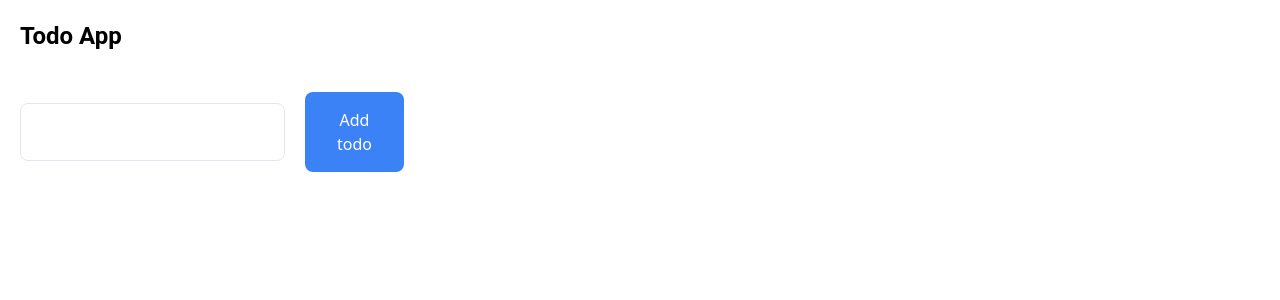
Repository: vophuocthanh/react-typescript
Page: /
An editor plug-in stored every save of this project. The page is shown before and after the next save, followed by the edit.
The browser window is 1280 px wide. The pictures show the whole page.
The project was rebuilt for these pictures with package versions that can differ from the ones it lists, and the page was loaded fresh each time. Also part of the build but not shown: vite.config.ts.

Above is the page before, as saved 2023-04-06 21:12:39.

### src/App.tsx
import React, { useEffect, useReducer, useRef, useState } from "react";
const Heading = ({ title }: { title: string }) => {
  return <h2 className="mb-5 text-2xl font-bold font-primary">{title}</h2>;
};
type ActionType =
  | { type: "ADD"; text: string }
  | { type: "REMOVE"; id: number };
interface Todo {
  id: number;
  text: string;
}
const todoReducer = (state: Todo[], action: ActionType) => {
  switch (action.type) {
    case "ADD":
      return [
        ...state,
        {
          id: state.length,
          text: action.text,
        },
      ];
    case "REMOVE":
      return state.filter((todo: Todo) => todo.id !== action.id);
    default:
      throw new Error("");
  }
};
const initialState: Todo[] = [];
interface Data {
  text: string;
}
const App = () => {
  const [todos, dispatch] = useReducer(todoReducer, initialState);
  const inputRef = useRef<HTMLInputElement>(null);
  const onRemoveTodo = (todoId: number) => {
    dispatch({
      type: "REMOVE",
      id: todoId,
    });
  };
  const onAddTodo = () => {
    if (inputRef.current) {
      dispatch({
        type: "ADD",
        text: inputRef.current.value,
      });
      inputRef.current.value = "";
    }
  };
  const [data, setData] = useState<Data | null>(null);
  useEffect(() => {
    fetch("data.json")
      .then((res) => res.json())
      .then((result) => {
        setData(result);
      });
  }, []);
  return (
    <div>
      <Heading title="Todo App"></Heading>
      <div className="max-w-sm">
        <div className="flex flex-col mb-5 gap-y-5">
          {todos.map((todo) => (
            <div className="flex items-center gap-x-3" key={todo.id}>
              <span>{todo.text}</span>
              <button
                onClick={() => onRemoveTodo(todo.id)}
                className="p-2 text-sm font-medium text-white bg-red-500 rounded-lg"
              >
                Remove
              </button>
            </div>
          ))}
        </div>
        <div className="flex items-center gap-x-5">
          <input
            type="text"
            className="p-4 border rounded-lg outline-none border-slate-200"
            ref={inputRef}
          />
          <button
            onClick={onAddTodo}
            className="p-4 text-center text-white bg-blue-500 rounded-lg"
          >
            Add todo
          </button>
        </div>
      </div>
    </div>
  );
};

export default App;

### src/index.css
@tailwind base;
@tailwind components;
@tailwind utilities;
@layer base {
  body {
    @apply p-5;
  }
}

### tailwind.config.js
/** @type {import('tailwindcss').Config} */
export default {
  content: ["./index.html", "./src/**/*.{js,ts,jsx,tsx}"],
  theme: {
    extend: {
      fontFamily: {
        primary: ["Roboto"],
      },
    },
  },
  plugins: [],
};

### public/data.json
{
  "text": "Hello from Thanh Dev",
  "id": 1
}

Loaded but not shown: index.html (common file); src/main.tsx (common file)

After the next save:
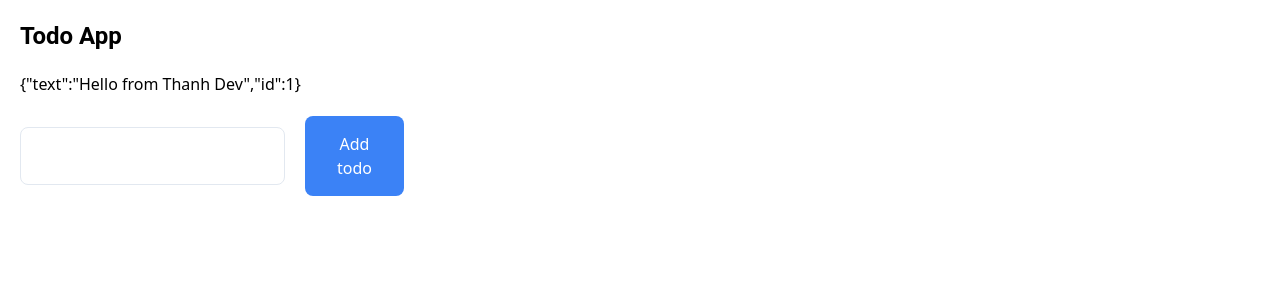
Saved 55 s later.
--- a/src/App.tsx
+++ b/src/App.tsx
@@ -58,6 +58,7 @@ const App = () => {
   return (
     <div>
       <Heading title="Todo App"></Heading>
+      {JSON.stringify(data)}
       <div className="max-w-sm">
         <div className="flex flex-col mb-5 gap-y-5">
           {todos.map((todo) => (
